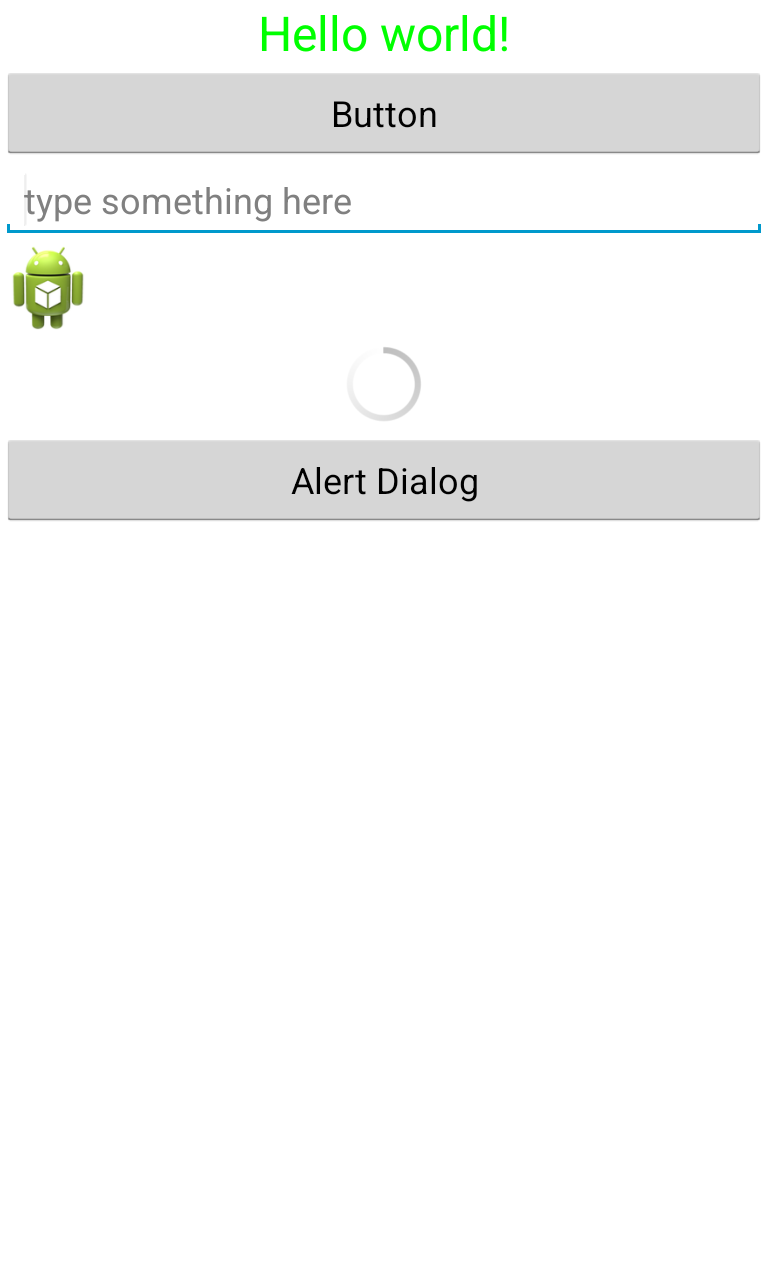
Repository: GUNDAMR/firstcode_android
Layout: C3UIWidgetTest/res/layout/activity_main.xml
An editor plug-in stored every save of this project. The layout is shown before and after the next save, followed by the edit.
It is drawn on a 768 x 1280 px phone screen (xhdpi) without system bars, with theme AppTheme; the app's code is not run.

Above is the layout before, as saved 2014-12-11 13:02:31.

After the next save:
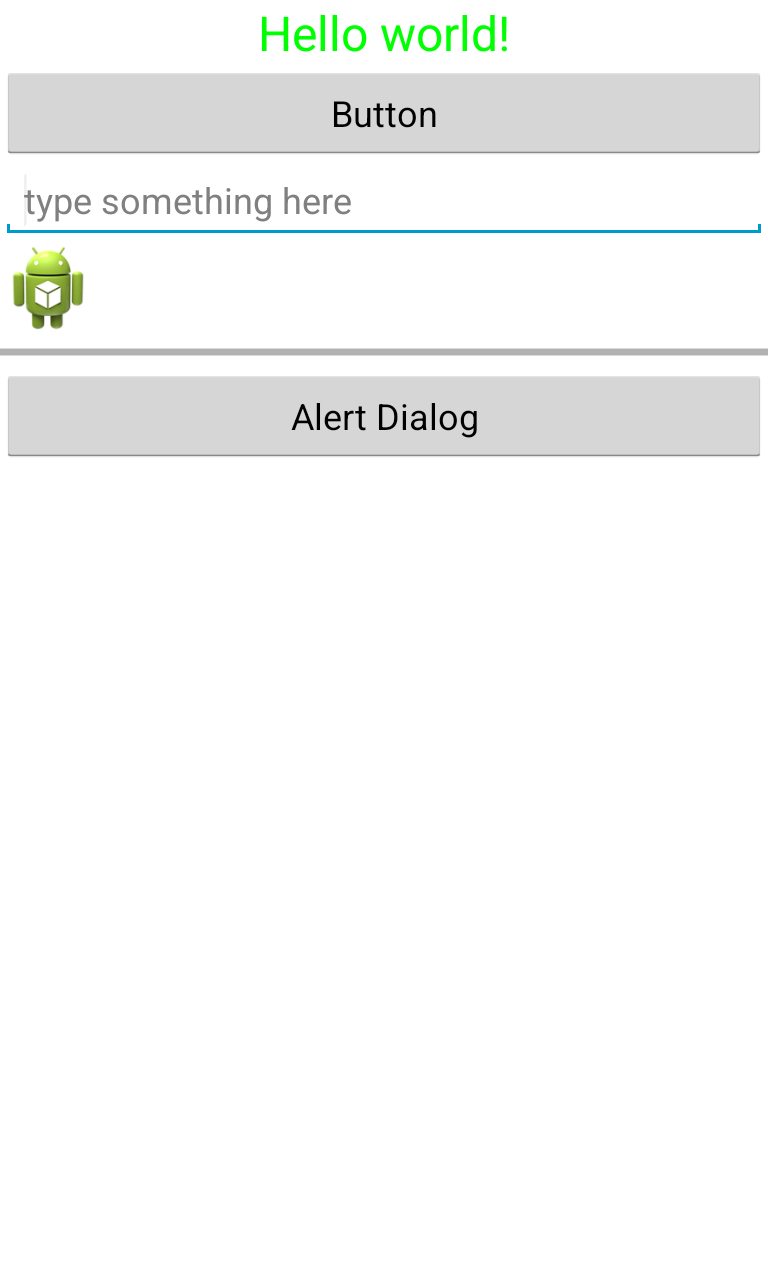
Saved 33 s later.
--- a/C3UIWidgetTest/res/layout/activity_main.xml
+++ b/C3UIWidgetTest/res/layout/activity_main.xml
@@ -38,7 +38,7 @@
 
     <ProgressBar
         android:id="@+id/progress_bar"
-        style="?android:attr/progressBarStyleHorizonal"
+        style="?android:attr/progressBarStyleHorizontal"
         android:layout_width="match_parent"
         android:layout_height="wrap_content" />
 
